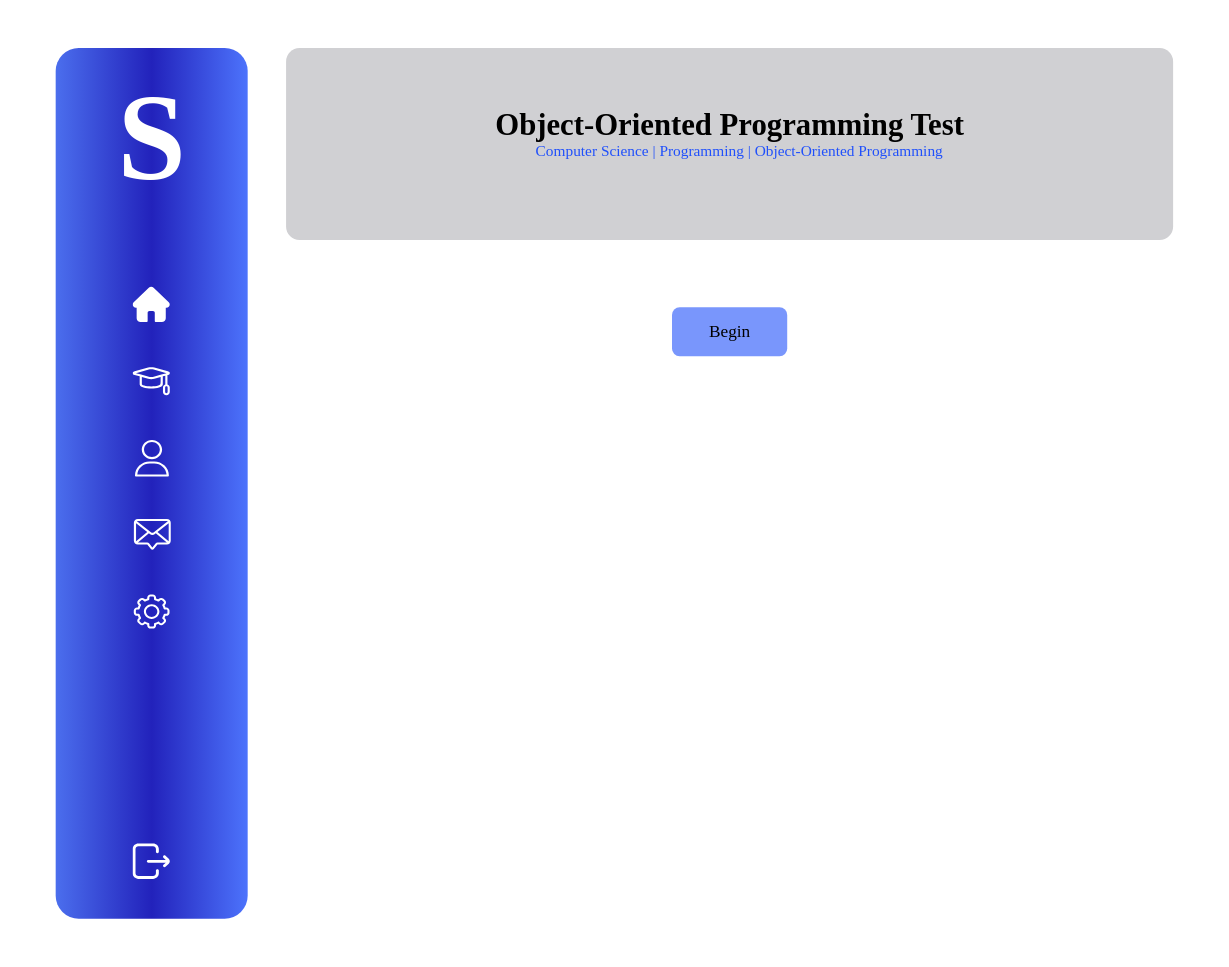
Repository: rafalzacher1/smartify-interface
Page: test.html
These files come from the project's save history. The page is drawn as it stood at one moment and after a run of saves; the edit follows.
The browser window is 1280 px wide. The pictures show the whole page, at 96% of full size.
Some web fonts or font styles are not loaded; a fallback is used.

Above is the page before, as saved 2022-06-30 19:45:44.

After the next 3 saves:
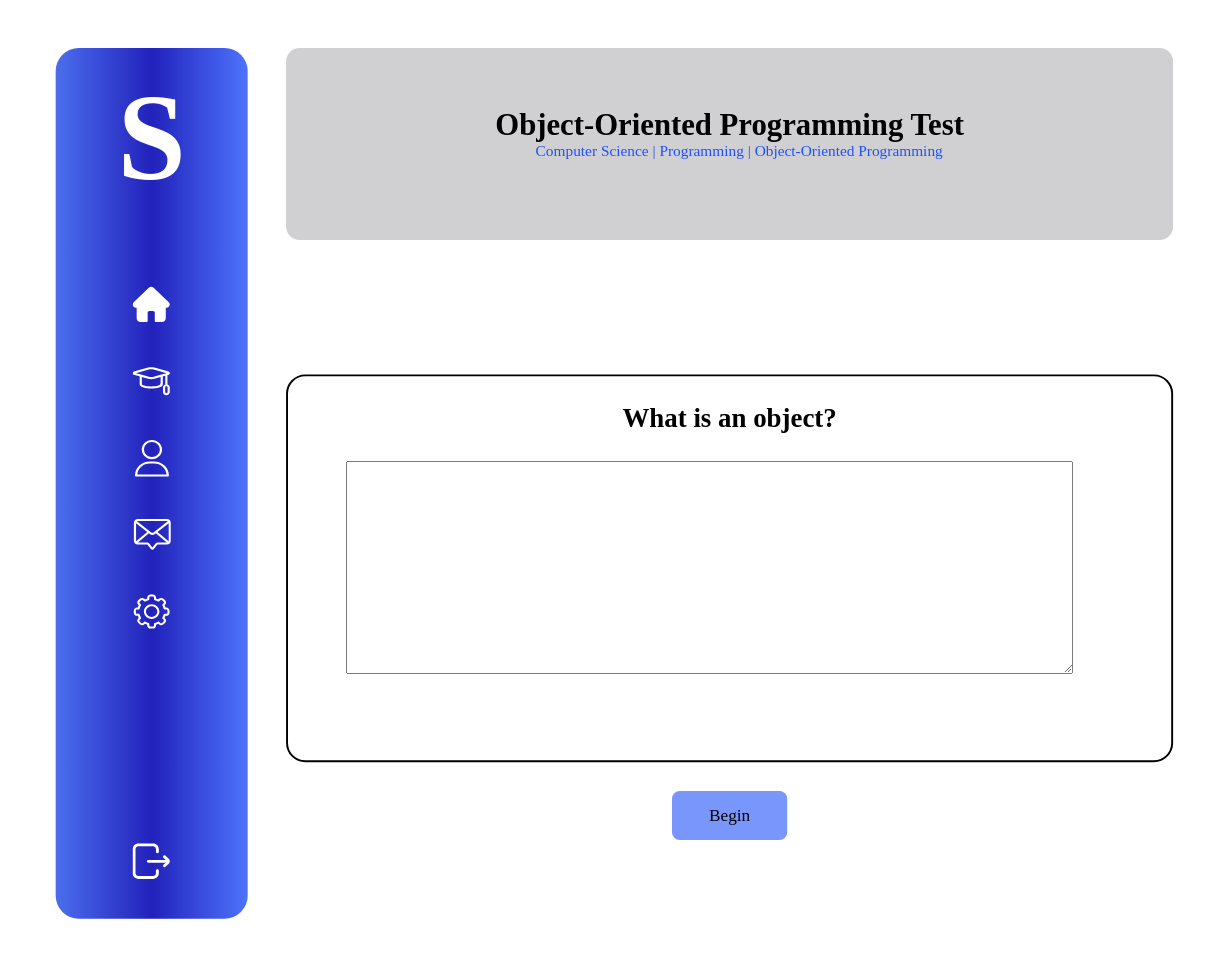
The 3 saves are shown as one change because they came seconds apart.
The last was saved 41 s later.
--- a/test.html
+++ b/test.html
@@ -73,17 +73,13 @@
         </div>
 
         <div id="question-container">
-            <template class="initial">
-                <div id="progress">
-                    <progress id="questions" value="32" max="100"> 32% </progress>
-                </div>
-
+            <!-- <template class="initial"> -->
                 <div id="question">
                     <h3>What is an object?</h3>
 
                     <textarea name="question" type="text"></textarea>
                 </div>
-            </template>
+            <!-- </template> -->
 
             <template class="question">
                 <div id="progress">
